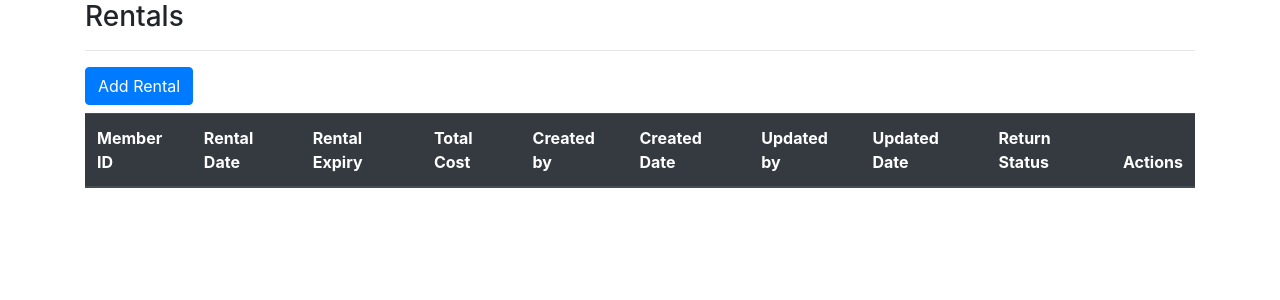
Repository: messimacky/Movie-Rental-System-Front-End
Page: /rentals
The author's editor kept a copy of each file at every save. The page is drawn from the files as they stood at one save, then again after the next save.
The browser window is 1280 px wide. The pictures show the whole page.
The page's requests for data from a server got no answer. The project was rebuilt for these pictures with package versions that can differ from the ones it lists, and the page was loaded fresh each time. No one was signed in, and anything a server would have sent is missing. Also part of the build but not shown: src/services/movie.service.js, src/components/AddMovie.js, src/components/MoviesList.js, src/components/NotFound.js, src/components/login/Login.js, src/services/customer.service.js, src/components/AddCustomer.js, src/components/CustomerList.js and 5 more.

Above is the page before, as saved 2022-04-25 12:47:16.

### src/App.js
import { BrowserRouter as Router, Switch, Route } from 'react-router-dom';
import AddMovie from './components/AddMovie';
import MoviesList from "./components/MoviesList";
import NotFound from "./components/NotFound";
import Login from './components/login/Login';
import AddCustomer from './components/AddCustomer'
import CustomersList from './components/CustomerList';
import RentalsList from './components/RentalsList';
import AddRental from './components/AddRental';
import Home from './components/Home';
import Signup from './components/signup/Signup';
import Navbar from './components/Navbar';
function App() {
  return (
    <Router>
      <div>
        <Switch>

          <Route path="/navbar" component={Navbar} />

          <Route exact path="/" component={Home} />
          <Route exact path="/movies" component={MoviesList} />
          <Route path="/add-movie" component={AddMovie} />
          <Route path="/movies/edit/:id" component={AddMovie} />




          <Route exact path="/customers" component={CustomersList} />
          <Route path="/add-customer" component={AddCustomer} />
          <Route path="/customers/edit/:id" component={AddCustomer} />



          <Route path="/login" component={Login} />
          <Route path="/signup" component={Signup} />


          <Route exact path="/rentals" component={RentalsList} />
          <Route exact path="/add-rental" component={AddRental} />
          <Route path="/rentals/edit/:id" component={AddRental} />


          <Route path="*" component={NotFound} />
        </Switch>
      </div>
    </Router>
  )
}

export default App;

### src/components/RentalsList.js
import { useEffect, useState } from "react";
import 'bootstrap/dist/css/bootstrap.min.css';
import rentalService from "../services/rental.service";
import { Link } from "react-router-dom";

const RentalsList = () => {
    const [rentals, setRentals] = useState([]);


    useEffect(() => {
        init();

    }, [])

    const init = () => {
        rentalService.getAll()
            .then(response => {
                console.log(response.data);
                setRentals(response.data);

            })
            .catch(error => {
                console.log("Something went wrong", error);
            })
    }

    const handleDelete = id => {
        rentalService.remove(id)
            .then(response => {
                console.log("Rental deleted succesfully", response.data);
                init();

            })
            .catch(error => {
                console.log("Something went wrong", error);
            })
    }


    return (
        <div className="container">
            <h3>Rentals</h3>
            <hr />
            <div>
                <Link to="/add-rental" className="btn btn-primary mb-2">Add Rental</Link>




                <table className="table table-border table-sriped">
                    <thead className="thead-dark">
                        <tr>
                            <th>Member ID</th>
                            <th>Rental Date</th>
                            <th>Rental Expiry</th>
                            <th>Total Cost</th>
                            <th>Created by</th>
                            <th>Created Date</th>
                            <th>Updated by</th>
                            <th>Updated Date</th>
                            <th> Return Status</th>
                            <th>Actions</th>


                        </tr>
                    </thead>
                    <tbody>
                        {
                            rentals.map(rental => (
                                <tr key={rental.id} >

                                    <td>{rental.rentalId}</td>
                                    <td>{rental.memberId}</td>
                                    <td>{rental.rentalDate}</td>
                                    <td>{rental.rentalExpiry}</td>
                                    <td>{rental.totalCost}</td>
                                    <td>{rental.createdBy}</td>
                                    <td>{rental.creationDate}</td>
                                    <td>{rental.updatedBy}</td>
                                    <td>{rental.updatedDate}</td>
                                    <td>{rental.isReturned}</td>




                                    <td>
                                        <Link className="btn btn-info" to={`/rentals/edit/${rental.id}`}> Update</Link>
                                        <button className="btn btn-danger ml-2" onClick={(e) => {
                                            handleDelete(rental.id);
                                        }}>Delete</button>
                                    </td>

                                </tr>
                            ))
                        }
                    </tbody>
                </table>
            </div>

        </div>
    );
}

export default RentalsList;

### src/components/login/Login.css
body {
    margin: 0;
    padding: 0;
    /* font-family: sans-serif; */
    background-size: cover;
    background-repeat: no-repeat;
}



.form {
    position: absolute;
    top: 50%;
    left: 50%;
    border: none;
    transform: translate(-50%, -50%);
    width: 400px;
    min-height: 450px;
    background-color: #fff;
    box-shadow: 0 15px 50px rgba(0, 0, 0, 0.5);
    padding: 50px;
    box-sizing: border-box;

    /* background: url(data:[embedded picture, 5679 characters]); */
    /* background: url(https://picsum.photos/3000/2000/?image=1015); */



}

.form h2 {
    margin-left: 60px;
    margin-top: 40px;
    color: white;
    /* margin: 30 0 40px; */
    padding: 0;
    color: black;
}

.form .input-box {
    position: relative;
    margin: 5px 0;
}

.form .input-box input {
    width: 100%;
    font-size: px;
    border: none;
    border-bottom: 2px solid #777;
    outline: none;
    padding: 10px;
    padding-left: 30px;
    box-sizing: border-box;
    font-weight: bold;
    color: #777;
}

.form .input-box input:focus,
.form .input-box input:valid {
    border-bottom-color: #03a9f4;
}

.form .input-box .fa {
    position: absolute;
    top: 8px;
    left: 5px;
    font-size: 18px;
    color: #777;
}

.form .input-box input[type="submit"] {
    border: none;
    cursor: pointer;
    background-color: #03a9f4;
    color: #fff;
    font-weight: bold;
    transition: 0.5s;
}

.form .input-box input[type="submit"]:hover {
    background-color: #ff4987;

}

.form a {
    text-decoration: none;
    color: black;

    margin-top: 4px;
    margin-left: 170px;
    /* font-weight: bold; */
    display: inline-block;
    transition: 0.5s;
}


.submit {
    margin-top: 30px;
    margin-left: 30px;


}

.form a {
    margin-top: 20px;
    margin-left: 50px;
    color: black;
    color: blue;
}

.form button {
    margin-top: 10px;
    margin-left: 50px;
    color: black;
    outline: invert;

}

.form button :hover {

    color: blue;
}

### src/components/AddCustomer.css
body {
    margin: 0;
    padding: 0;
    /* font-family: sans-serif; */
    background-size: cover;
    background-repeat: no-repeat;
}



.form {
    position: absolute;
    top: 50%;
    left: 50%;
    border: none;
    transform: translate(-50%, -50%);
    width: 400px;
    min-height: 450px;
    background-color: #fff;
    box-shadow: 0 15px 50px rgba(0, 0, 0, 0.5);
    padding: 50px;
    box-sizing: border-box;

    /* background: url(data:[embedded picture, 5679 characters]); */
    /* background: url(https://picsum.photos/3000/2000/?image=1015); */



}

.form h2 {
    margin-left: 60px;
    margin-top: 40px;
    color: white;
    /* margin: 30 0 40px; */
    padding: 0;
    color: black;
}

.form .input-box {
    position: relative;
    margin: 5px 0;
}

.form .input-box input {
    width: 100%;
    font-size: px;
    border: none;
    border-bottom: 2px solid #777;
    outline: none;
    padding: 10px;
    padding-left: 30px;
    box-sizing: border-box;
    font-weight: bold;
    color: #777;
}

.form .input-box input:focus,
.form .input-box input:valid {
    border-bottom-color: #03a9f4;
}

.form .input-box .fa {
    position: absolute;
    top: 8px;
    left: 5px;
    font-size: 18px;
    color: #777;
}

.form .input-box input[type="submit"] {
    border: none;
    cursor: pointer;
    background-color: #03a9f4;
    color: #fff;
    font-weight: bold;
    transition: 0.5s;
}

.form .input-box input[type="submit"]:hover {
    background-color: #ff4987;

}

.form a {
    text-decoration: none;
    color: black;

    margin-top: 4px;
    margin-left: 170px;
    /* font-weight: bold; */
    display: inline-block;
    transition: 0.5s;
}


.submit {
    margin-top: 30px;
    margin-left: 30px;


}

.form a {
    margin-top: 20px;
    margin-left: 50px;
    color: black;
    color: blue;
}

.form button {
    margin-top: 10px;
    margin-left: 50px;
    color: black;
    outline: invert;

}

.form button :hover {

    color: blue;
}

### src/services/rental.service.js
import httpClient from '../http-common';

const getAll = () => {
    return httpClient.get('/rentals');
}

const create = (data) => {
    return httpClient.post("/rentals", data);
}

const get = id => {
    return httpClient.get(`/rentals/${id}`);
}

const update = (data) => {
    return httpClient.put('/rentals', data);
}

const remove = id => {
    return httpClient.delete(`/rentals/${id}`);
}

export default { getAll, create, get, update, remove };

### src/components/signup/Signup.css
body {
    margin: 0;
    padding: 0;
    /* font-family: sans-serif; */
    background-size: cover;
    background-repeat: no-repeat;
}



.form {
    position: absolute;
    top: 50%;
    left: 50%;
    border: none;
    transform: translate(-50%, -50%);
    width: 400px;
    min-height: 450px;
    background-color: #fff;
    box-shadow: 0 15px 50px rgba(0, 0, 0, 0.5);
    padding: 50px;
    box-sizing: border-box;

    /* background: url(data:[embedded picture, 5679 characters]); */
    /* background: url(https://picsum.photos/3000/2000/?image=1015); */



}

.form h2 {
    margin-left: 60px;
    margin-top: 40px;
    color: white;
    /* margin: 30 0 40px; */
    padding: 0;
    color: black;
}

.form .input-box {
    position: relative;
    margin: 5px 0;
}

.form .input-box input {
    width: 100%;
    font-size: px;
    border: none;
    border-bottom: 2px solid #777;
    outline: none;
    padding: 10px;
    padding-left: 30px;
    box-sizing: border-box;
    font-weight: bold;
    color: #777;
}

.form .input-box input:focus,
.form .input-box input:valid {
    border-bottom-color: #03a9f4;
}

.form .input-box .fa {
    position: absolute;
    top: 8px;
    left: 5px;
    font-size: 18px;
    color: #777;
}

.form .input-box input[type="submit"] {
    border: none;
    cursor: pointer;
    background-color: #03a9f4;
    color: #fff;
    font-weight: bold;
    transition: 0.5s;
}

.form .input-box input[type="submit"]:hover {
    background-color: #ff4987;

}

.form a {
    text-decoration: none;
    color: black;

    margin-top: 4px;
    margin-left: 170px;
    /* font-weight: bold; */
    display: inline-block;
    transition: 0.5s;
}


.submit {
    margin-top: 30px;
    margin-left: 30px;


}

.form a {
    margin-top: 20px;
    margin-left: 50px;
    color: black;
    color: blue;
}

.form button {
    margin-top: 10px;
    margin-left: 50px;
    color: black;
    outline: invert;

}

.form button :hover {

    color: blue;
}

### src/http-common.js
import axios from "axios";


export default axios.create({
    baseURL: 'http://localhost:8080',
    headers: {
        'Content_Type': 'application/json'
    }

});

Loaded but not shown: public/index.html (common file); src/index.js (common file); src/index.css (common file); src/reportWebVitals.js (common file)

After the next save:
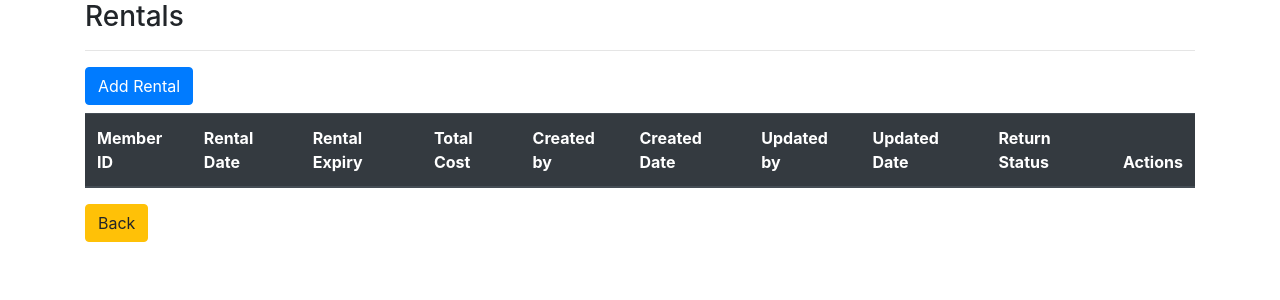
Saved 3 min 53 s later.
--- a/src/components/RentalsList.js
+++ b/src/components/RentalsList.js
@@ -95,7 +95,10 @@ const RentalsList = () => {
                         }
                     </tbody>
                 </table>
+
             </div>
+
+            <Link className="btn btn-warning" to="/movies">Back</Link>
 
         </div>
     );
